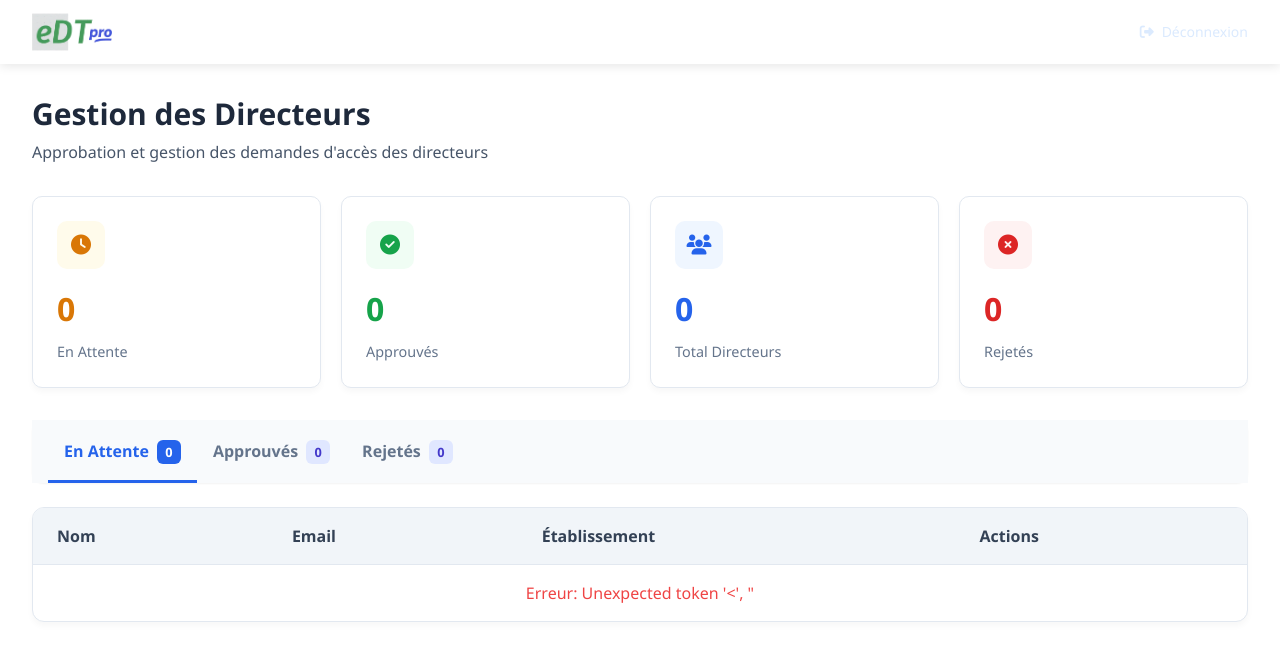
Repository: Mouad-git/edtpro
Page: gestion_edt/public/admin_dashboard.html
These files come from the project's save history. The page is drawn as it stood at one moment and after a run of saves; the edit follows.
The browser window is 1280 px wide. The pictures show the whole page.
Some web libraries are served in a nearby version.

Above is the page before, as saved 2025-08-08 18:33:29.

After the next 4 saves:
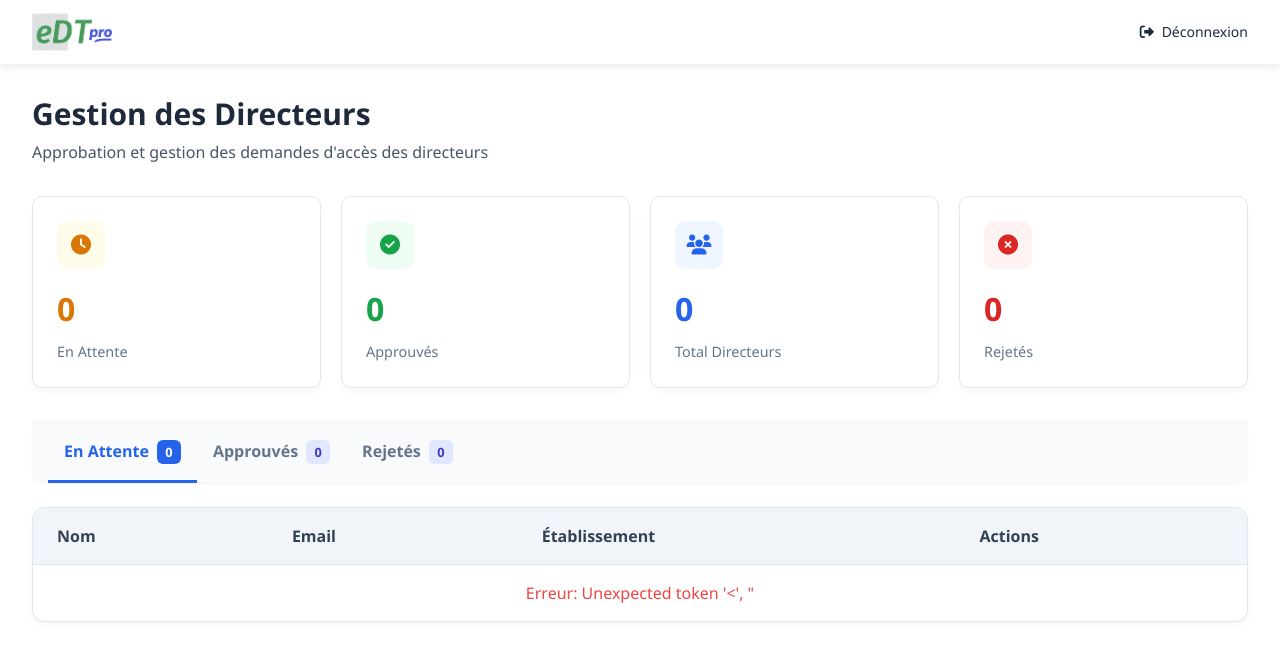
The 4 saves are shown as one change because they came seconds apart.
The last was saved 19 s later.
--- a/gestion_edt/public/admin_dashboard.html
+++ b/gestion_edt/public/admin_dashboard.html
@@ -74,7 +74,7 @@
         <div class="max-w-7xl mx-auto px-4 sm:px-6 lg:px-8">
             <div class="flex justify-between items-center h-16">
                 <img src="assets/images/logo_edtpro.png" style="height: 80px; width: auto;" id="logo" alt="Logo">
-                <div><a href="../api/auth/logout.php" class="flex items-center text-sm font-medium text-blue-100 hover:text-red-500 transition"><i class="fas fa-sign-out-alt mr-2"></i>Déconnexion</a></div>
+                <div><a href="../api/auth/logout.php" class="flex items-center text-sm font-medium text-black-100 hover:text-red-500 transition"><i class="fas fa-sign-out-alt mr-2"></i>Déconnexion</a></div>
             </div>
         </div>
     </nav>
